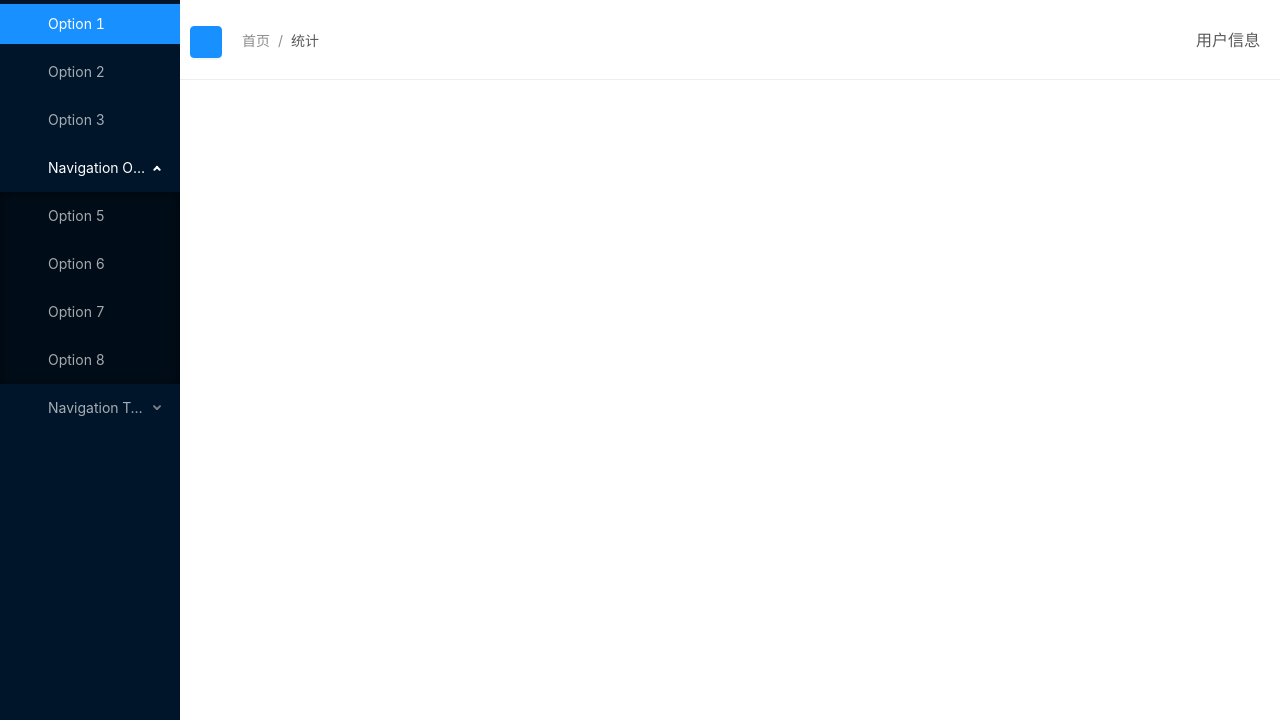
Repository: Ysleave/mall-app
Page: /
These files come from the project's save history. The page is drawn as it stood at one moment and after the next save; the edit follows.
The browser window is 1280 px wide. The pictures show the whole page.
The project was rebuilt for these pictures with package versions that can differ from the ones it lists, and the page was loaded fresh each time.

Above is the page before, as saved 2021-01-15 22:05:00.

### public/index.html
<!DOCTYPE html>
<html lang="en">
  <head>
    <meta charset="utf-8">
    <meta http-equiv="X-UA-Compatible" content="IE=edge">
    <meta name="viewport" content="width=device-width,initial-scale=1.0">
    <link rel="icon" href="<%= BASE_URL %>favicon.ico">
    <title>student</title>
  </head>
  <body>
    <noscript>
      <strong>We're sorry but student doesn't work properly without JavaScript enabled. Please enable it to continue.</strong>
    </noscript>
    <div id="app"></div>
    <!-- built files will be auto injected -->
  </body>
</html>

### src/main.js
import Vue from 'vue'
import Antd from 'ant-design-vue';
import App from './App.vue'
import router from './router'
import store from './store'
import 'ant-design-vue/dist/antd.css';
import './assets/css/reset.css'

Vue.config.productionTip = false
Vue.use(Antd);

new Vue({
  router,
  store,
  render: h => h(App)
}).$mount('#app')

### src/App.vue
<template>
  <div id="app" class="wrapper">
    <home/>
  </div>
</template>
<script>
import home from '@/views/home'
export default {
  components:{
    home
  },
}
</script>

### src/router.js
import Vue from 'vue'
import Router from 'vue-router'

Vue.use(Router)

export default new Router({
  mode: 'history',
  routes:[

  ],
  linkActiveClass:'active'
})

### src/store.js
import Vue from 'vue'
import Vuex from 'vuex'


Vue.use(Vuex)

export default new Vuex.Store({
  state: {
    collapsed:false
  },
  mutations: {
     changeCollapsed(state){
       state.collapsed = !state.collapsed
     }
  },
  actions: {
    changeCollapsed({commit}){
      commit("changeCollapsed")
    }
  }
})

### src/assets/css/reset.css
body, h1, h2, h3, h4, h5, h6, hr, p, blockquote, dl, dt, dd, ul, ol, li, pre, form, fieldset, legend, button, input, textarea, th, td { margin:0; padding:0; }
body, button, input, select, textarea { font:12px/1.5tahoma, arial, \5b8b\4f53; }
h1, h2, h3, h4, h5, h6{ font-size:100%; }
address, cite, dfn, em, var { font-style:normal; }
code, kbd, pre, samp { font-family:couriernew, courier, monospace; }
small{ font-size:12px; }
ul, ol { list-style:none; }
a { text-decoration:none; }
a:hover { text-decoration:underline; }
sup { vertical-align:text-top; }
sub{ vertical-align:text-bottom; }
legend { color:#000; }
fieldset, img { border:0; }
button, input, select, textarea { font-size:100%; }
table { border-collapse:collapse; border-spacing:0; }

### src/views/home.vue
<!-- 页面根组件 -->
<template>
  <div class="home">
    <div class="leftmenuWrapper">
      <leftMenu></leftMenu>
    </div>
    <mainContent />
  </div>
</template>

<script>
import leftMenu from "@/views/leftMenu";
import mainContent from "@/views/mainContent";
export default {
  components: {
    leftMenu,
    mainContent,
  },
  data() {
    return {};
  },
  computed: {},
  methods: {},
  //生命周期 - 创建完成（可以访问当前this实例）
  created() {},
  //生命周期 - 挂载完成（可以访问DOM元素）
  mounted() {},
};
</script>
<style lang="less">
// @import url("~@/assets/css/home.less"); //引入公共css类
.home {
  .leftmenuWrapper {
    .menu-list {
      width: 180px;
      position: fixed;
      height: 100%;
      .ant-menu {
        height: 100%;
      }
    }
  }
  .mainContentWrapper {
    margin-left: 180px;
    transition: all 0.3s;
    font-size: 16px;
    &.menu-unfold {
      margin-left: 80px;
    }
    .headWrapper {
      height: 80px;
      line-height: 80px;
      padding-left: 10px;
      padding-right: 20px;
      border-bottom: 1px solid #eee;
      .breadcrumb {
        display: inline-block;
        margin-left: 20px;
      }
      .userInfo {
        float: right;
        cursor: pointer;
        text-align: center;
        height: 40px;
        line-height: 40px;
        padding:20px 0 20px 0;
        li:not(:first-child) {
          display: none;
          &:hover {
            background-color: #eee;
            color: #999;
            font-weight: 700;
          }
        }
        li {
          padding: 20 20px;
        }
        &:hover {
          li {
            display: block;
          }
        }
      }
    }
  }
}
</style>

### src/views/leftMenu.vue
<template>
    <div class="menu-list">
      <a-menu
        :default-selected-keys="['1']"
        :default-open-keys="['sub1']"
        mode="inline"
        theme="dark"
        :inline-collapsed="$store.state.collapsed"
      >
        <a-menu-item key="1">
          <a-icon type="pie-chart" />
          <span>Option 1</span>
        </a-menu-item>
        <a-menu-item key="2">
          <a-icon type="desktop" />
          <span>Option 2</span>
        </a-menu-item>
        <a-menu-item key="3">
          <a-icon type="inbox" />
          <span>Option 3</span>
        </a-menu-item>
        <a-sub-menu key="sub1">
          <span slot="title"
            ><a-icon type="mail" /><span>Navigation One</span></span
          >
          <a-menu-item key="5">
            Option 5
          </a-menu-item>
          <a-menu-item key="6">
            Option 6
          </a-menu-item>
          <a-menu-item key="7">
            Option 7
          </a-menu-item>
          <a-menu-item key="8">
            Option 8
          </a-menu-item>
        </a-sub-menu>
        <a-sub-menu key="sub2">
          <span slot="title"
            ><a-icon type="appstore" /><span>Navigation Two</span></span
          >
          <a-menu-item key="9">
            Option 9
          </a-menu-item>
          <a-menu-item key="10">
            Option 10
          </a-menu-item>
          <a-sub-menu key="sub3" title="Submenu">
            <a-menu-item key="11">
              Option 11
            </a-menu-item>
            <a-menu-item key="12">
              Option 12
            </a-menu-item>
          </a-sub-menu>
        </a-sub-menu>
      </a-menu>
    </div>
</template>

<script>
export default {
  data() {
    return {
      collapsed: false,
    };
  },
};
</script>
<style></style>

### src/views/mainContent.vue
<!--  -->
<template>
  <div :class="{ mainContentWrapper: true, 'menu-unfold': $store.state.collapsed }">
    <div class="headWrapper">
      <a-button
        type="primary"
        style="margin-bottom: 16px"
        @click="toggleCollapsed"
      >
        <a-icon :type="$store.state.collapsed ? 'menu-unfold' : 'menu-fold'" />
      </a-button>
      <div class="breadcrumb">
        <template>
          <a-breadcrumb>
            <a-breadcrumb-item>首页</a-breadcrumb-item>
            <a-breadcrumb-item><a href="">统计</a></a-breadcrumb-item>
          </a-breadcrumb>
        </template>
      </div>
      <ul class="userInfo">
        <li> 用户信息</li>
        <li>退出</li>
      </ul>
    </div>
  </div>
</template>

<script>
export default {
  components: {},
  methods: {
    toggleCollapsed() {
      this.$store.dispatch("changeCollapsed");
    },
  },
  //生命周期 - 创建完成（可以访问当前this实例）
  created() {},
  //生命周期 - 挂载完成（可以访问DOM元素）
  mounted() {},
};
</script>
<style lang="less" scoped>
//@import url(); 引入公共css类
</style>

After the next save:
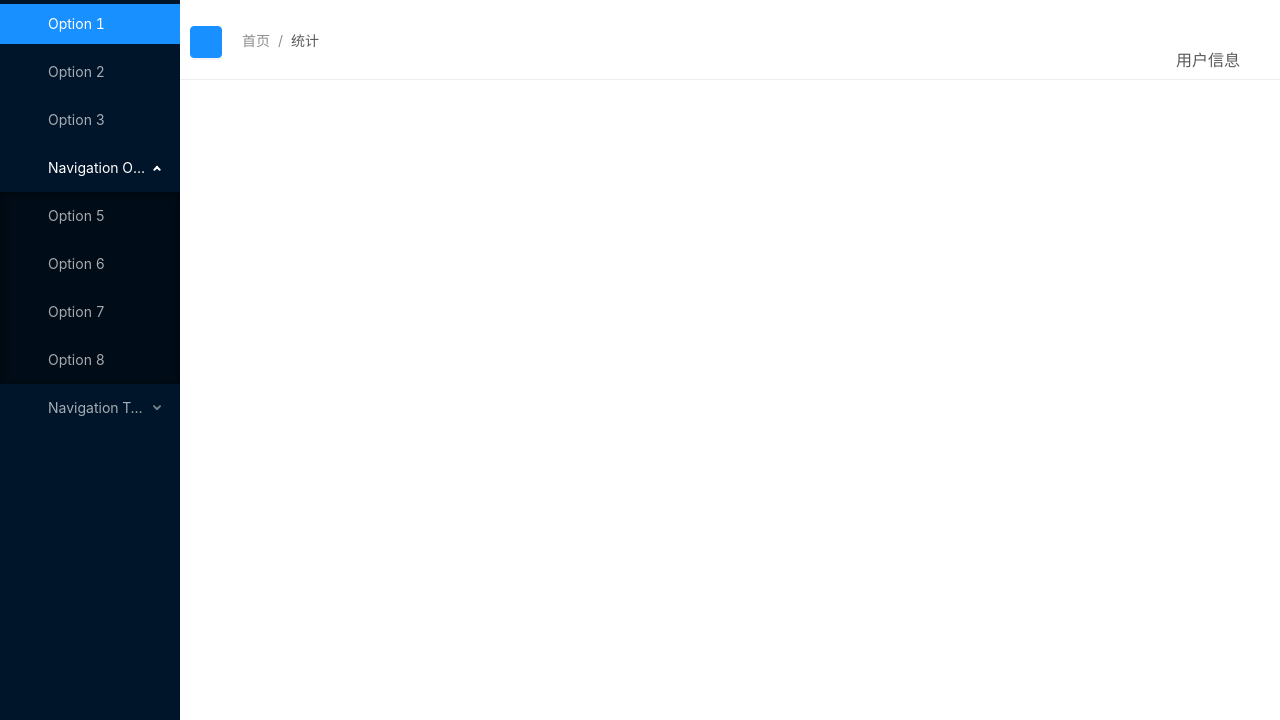
Saved 4 s later.
--- a/src/views/home.vue
+++ b/src/views/home.vue
@@ -73,7 +73,7 @@ export default {
           }
         }
         li {
-          padding: 20 20px;
+          padding: 20px 20px;
         }
         &:hover {
           li {
